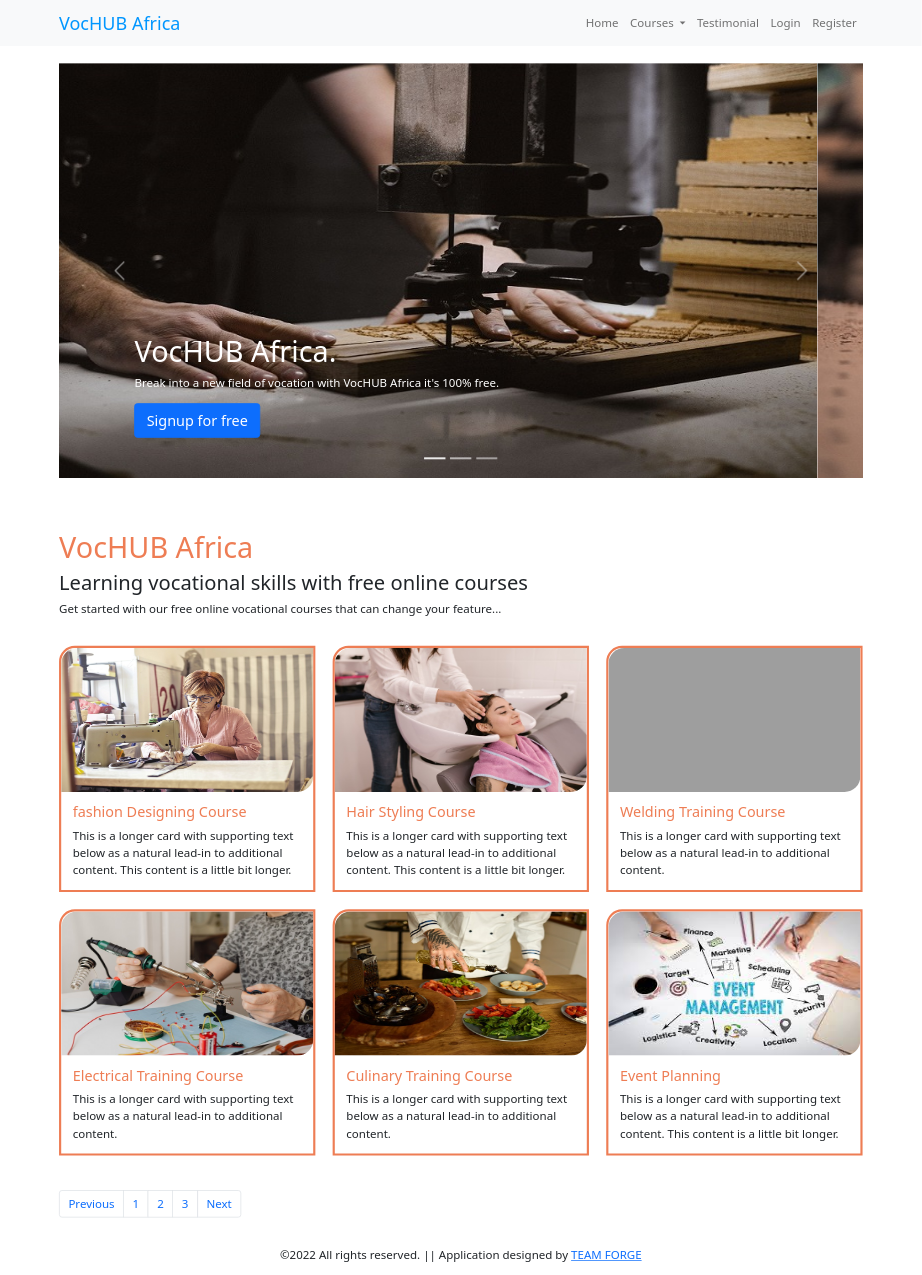
Repository: EKem01/VocHUB-Africa-Project
Page: / (app in client/)
These files come from the project's save history. The page is drawn as it stood at one moment and after the next save; the edit follows.
The browser window is 1280 px wide. The pictures show the whole page, at 72% of full size.
Pictures or frames that could not be fetched are drawn as grey boxes. The project was rebuilt for these pictures with package versions that can differ from the ones it lists, and the page was loaded fresh each time. Also part of the build but not shown: client/angular.json, client/src/app/components/login/login.component.ts, client/src/app/components/register/register.component.ts, client/src/app/components/courses/fashion-designing/fashion-designing.component.ts, client/src/app/components/courses/hair-styling/hair-styling.component.ts, client/src/app/components/dashboard/dashboard.component.ts, client/src/app/components/logout/logout.component.ts, client/src/app/components/mentorship/mentorship.component.ts.

Above is the page before, as saved 2022-06-13 23:14:28.

After the next save:
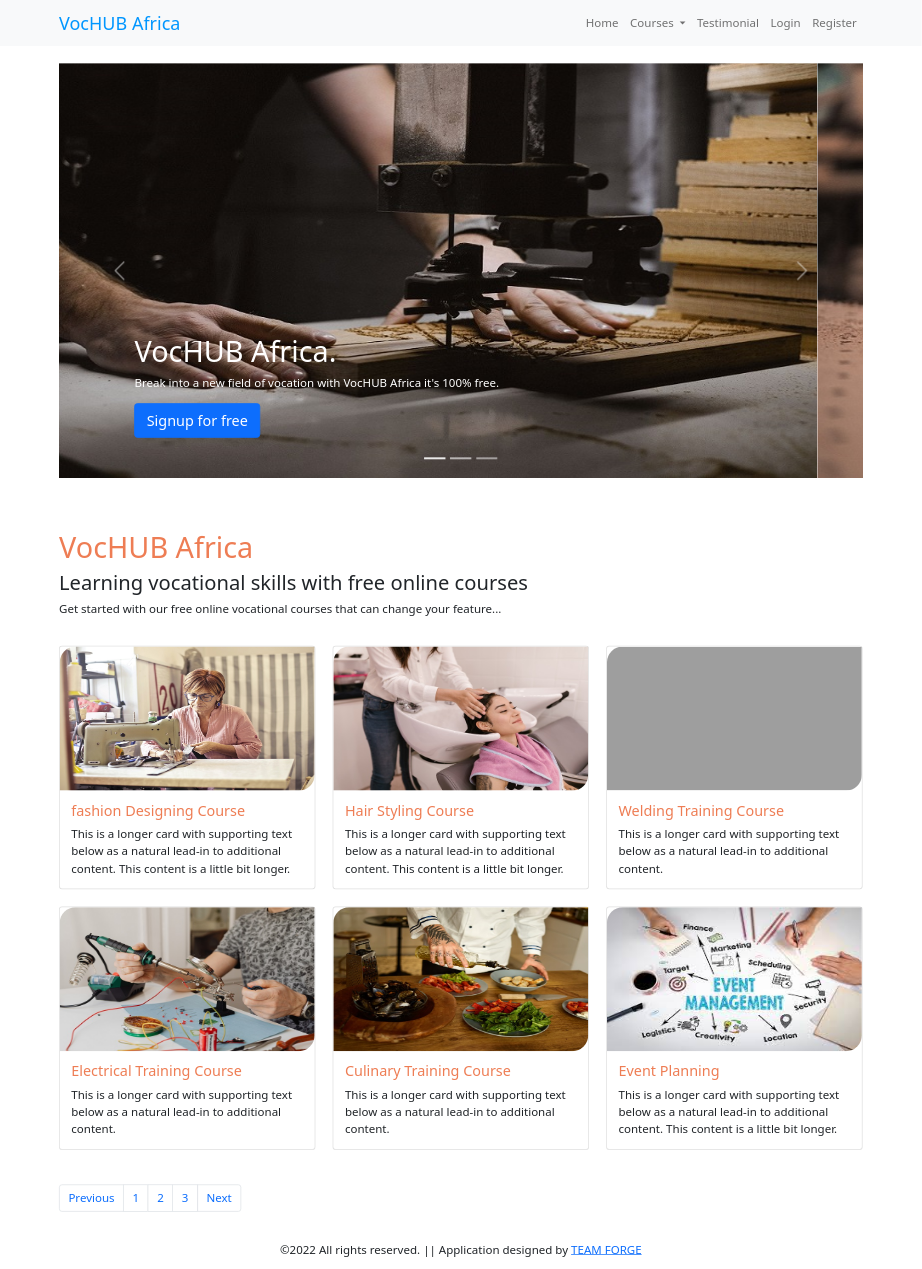
Saved 50 s later.
--- a/client/src/app/components/home/home.component.css
+++ b/client/src/app/components/home/home.component.css
@@ -5,6 +5,7 @@
 .courses h1{
     color: rgb(238, 125, 84);
 }
+.c
 .card{
     border-radius: 22px 0px 0 0;
     border: 3px solid rgb(238, 125, 84);

After the 3 saves that followed:
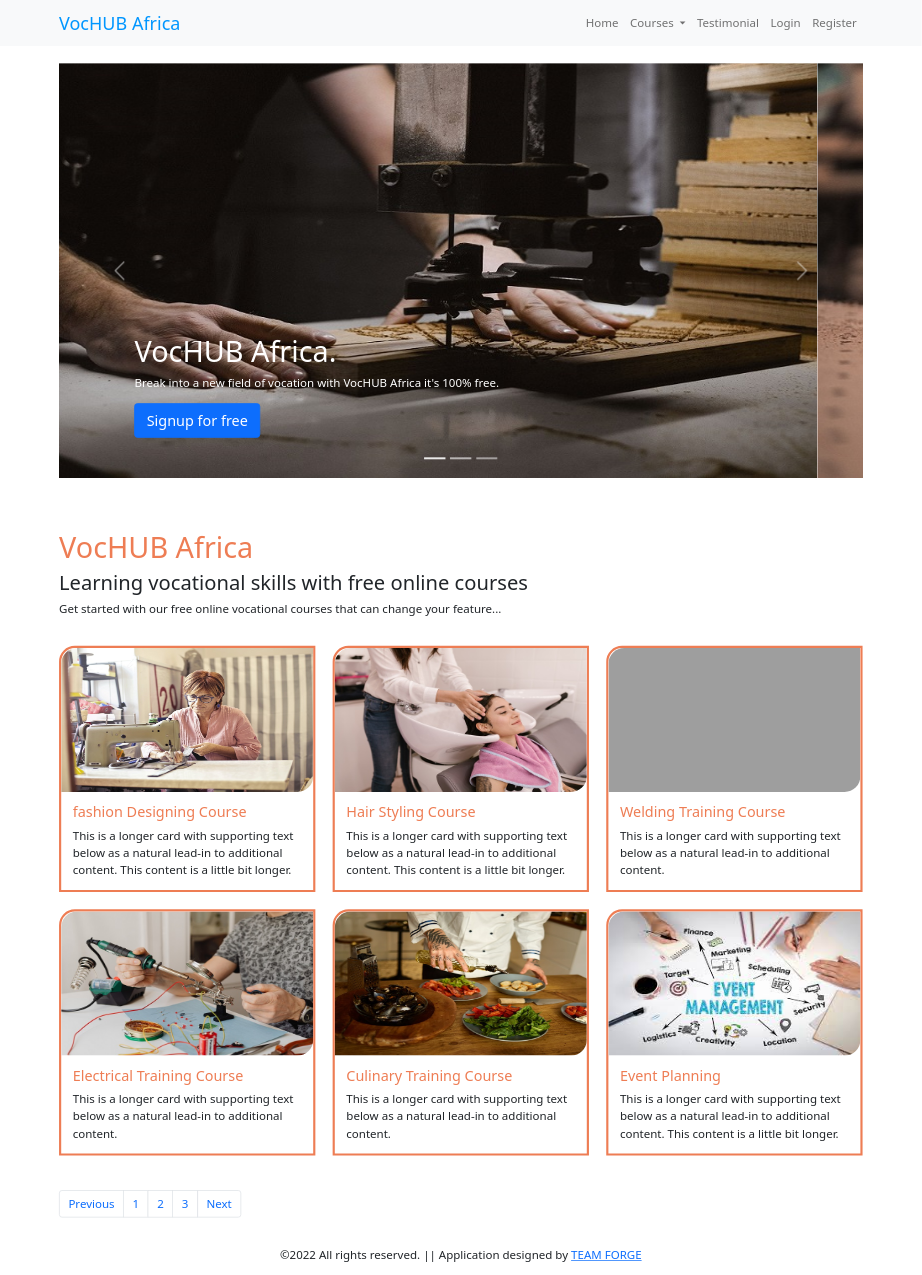
The 3 saves are shown as one change because they came seconds apart.
The last was saved 9 s later.
--- a/client/src/app/components/home/home.component.css
+++ b/client/src/app/components/home/home.component.css
@@ -5,7 +5,9 @@
 .courses h1{
     color: rgb(238, 125, 84);
 }
-.c
+.courses h3{
+    color: ;
+}
 .card{
     border-radius: 22px 0px 0 0;
     border: 3px solid rgb(238, 125, 84);
